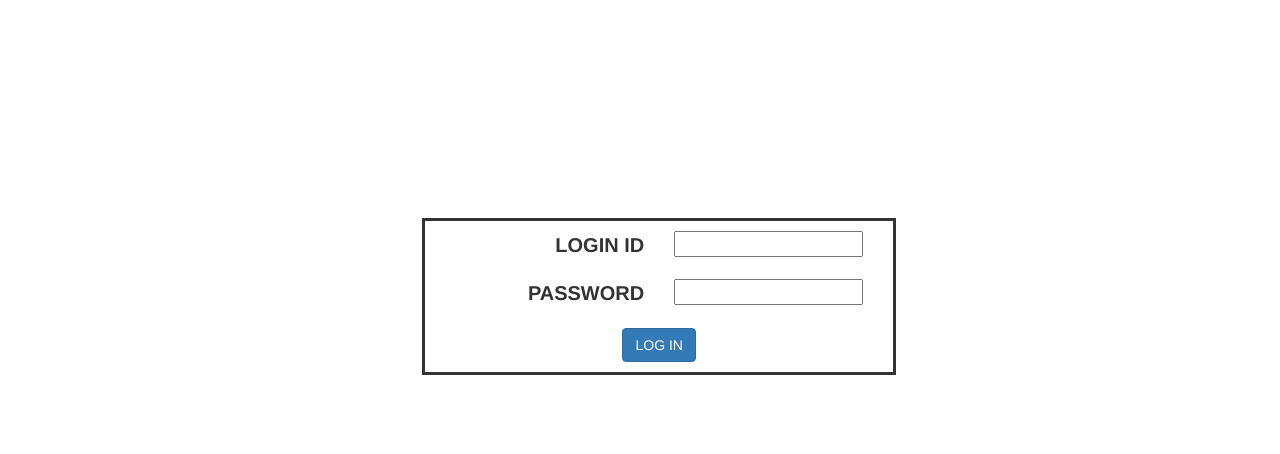
Repository: Prachi-9/demo-repo
Page: STS_WS1/sampleRest/src/main/webapp/index.html
These files come from the project's save history. The page is drawn as it stood at one moment and after the next save; the edit follows.
The browser window is 1280 px wide. The pictures show the whole page.
Some web libraries are served in a nearby version.

Above is the page before, as saved 2019-12-28 14:27:56.

### STS_WS1/sampleRest/src/main/webapp/index.html
<!DOCTYPE html>
<html>
<head>
	<meta charset="ISO-8859-1">
	<link rel="stylesheet" href="https://maxcdn.bootstrapcdn.com/bootstrap/3.4.1/css/bootstrap.min.css">
  	<script src="https://ajax.googleapis.com/ajax/libs/jquery/3.4.1/jquery.min.js"></script>
  	<script src="https://maxcdn.bootstrapcdn.com/bootstrap/3.4.1/js/bootstrap.min.js"></script>
  	<script src="https://ajax.googleapis.com/ajax/libs/angularjs/1.6.9/angular.min.js"></script>
  	<script src="controller/loginController.js"></script>
<title>Insert title here</title>
</head>
<body>

	<!-- <form action="doLogin"> -->
	<div ng-app="myApp" ng-controller="loginController" class="container" style="text-align: center;margin-top: 17%;margin-left: 33%;width: 37%;border: solid; padding: 10px;">
		<div class="row">
			<div class="col-sm-6 col-md-6 col-lg-6" style="text-align: end  ;">
				<span style="font: bold; font-size: 20px; font-weight: 800;">LOGIN ID </span>
			</div>
			<div class="col-sm-6 col-md-6 col-lg-6" style="text-align: left;">
				<input id="loginId" type="text" ng-model="loginId">
			</div>
		</div><br>
		<div class="row">
			<div class="col-sm-6 col-md-6 col-lg-6" style="text-align: end;">
				<span style="font: bold; font-size: 20px; font-weight: 800;">PASSWORD </span>
			</div>
			<div class="col-sm-6 col-md-6 col-lg-6" style="text-align: left;">
				<input id="pass" class="column" type="text" ng-model="pass">
			</div>
		</div><br>
		<div>
			<button type="submit" class="btn btn-primary" ng-click="login()">LOG IN</button>
		</div>
	</div>
	<!-- </form> -->

</body>
</html>

### STS_WS1/sampleRest/src/main/webapp/controller/loginController.js
var app = angular.module('myApp', []);
app.controller('loginController', function($scope, $http) {

	console.log("in js");
	$scope.login = function(){
		$http.post("/doLogin").then(function(data){
			console.log(data);
			if(data == 'SUUCCESS'){
				$scope.loggedin = true;
			}else{
				$scope.loggedin = false;
			}
		});
	};


});

After the next save:
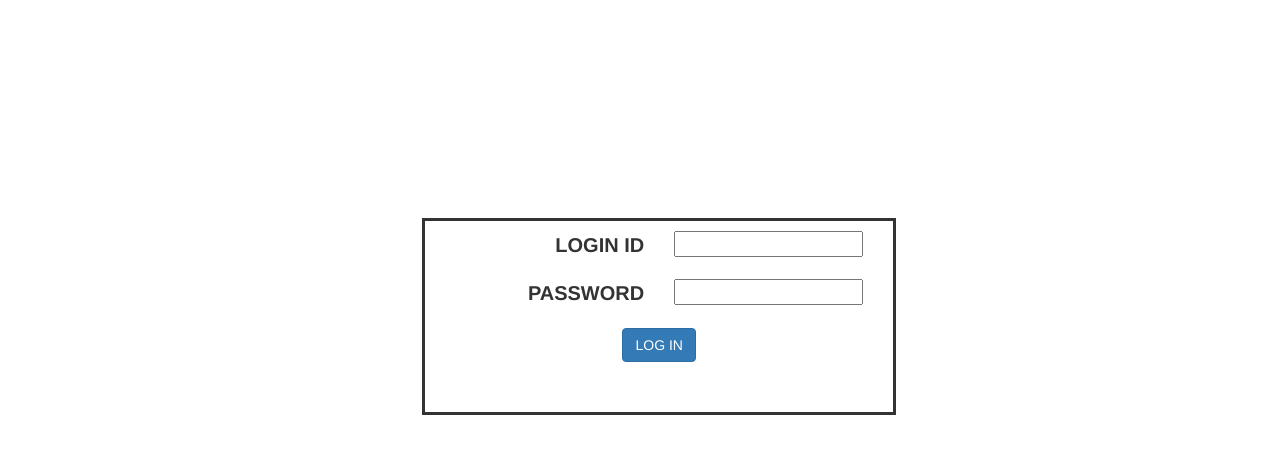
Saved 67 s later.
--- a/STS_WS1/sampleRest/src/main/webapp/index.html
+++ b/STS_WS1/sampleRest/src/main/webapp/index.html
@@ -31,7 +31,8 @@
 		</div><br>
 		<div>
 			<button type="submit" class="btn btn-primary" ng-click="login()">LOG IN</button>
-		</div>
+		</div><br><br>
+		<span ng-show="loggedin">successfully logged in</span>
 	</div>
 	<!-- </form> -->
 
